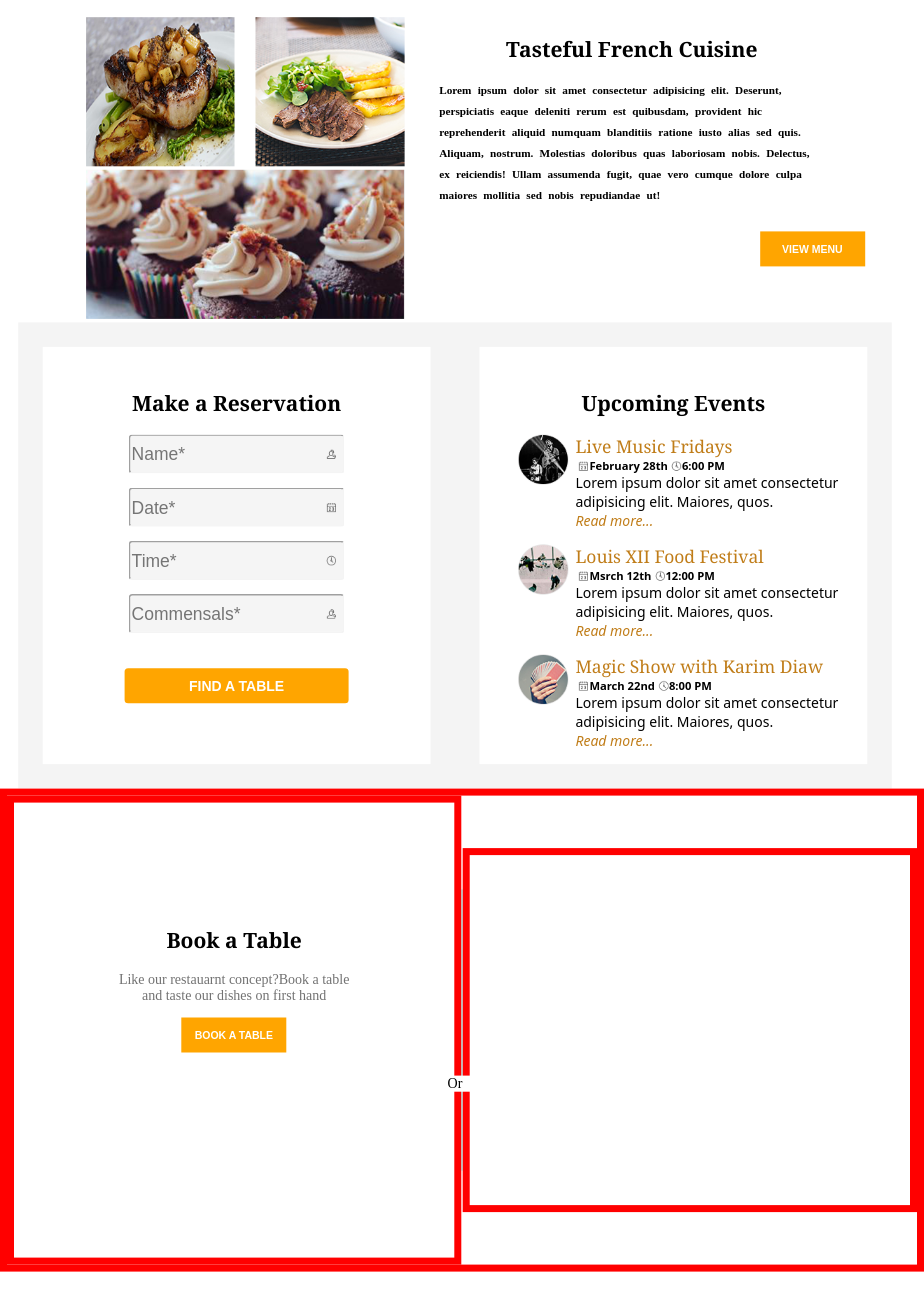
Repository: sis-shen/HTML_vsc
Page: adc_v2/index.html
An editor plug-in stored every save of this project. The page is shown before and after the next save, followed by the edit.
The browser window is 1280 px wide. The page is 1320 px wide, so the pictures cover 1320 px, including what lies to the right of the window. The pictures show the part of the page from y = 1621 to 3501 px (the page is 3501 px tall), at 70% of full size.

Above is the page before, as saved 2023-08-20 13:20:38.

### adc_v2/index.html
<!DOCTYPE html>
<html lang="zh-CN">
<head>
    <meta charset="UTF-8">
    <meta name="viewport" content="width=device-width, initial-scale=1.0">
    <title>Old8餐厅</title>
    <link rel="stylesheet" href="style.css">
    <link rel="shotcut icon" href="img/王者.png">
</head>
<body>
    <div class="top-box">
        <div class="nav">
            <div class="t-left"><h1>Voilà </h1></div>

            <div class="t-right">
                <div class="nav-box"><a href="menu.html" target="_blank"><h2>MENU</h2></a>
                    <p>Come to see and pick up your favorite</p></div>
                <div class="nav-box"> <a href="about.html" target="_blank"><h2>ABOUT</h2></a>
                    <p>Learn more about us :P</p></div>
                <div class="nav-box"><a href="events.html" target="_blank"><h2>EVENTS</h2></a>
                    <p>We will regularlyt hold events about sing,dance,rap,and basketvall</p></div>
                <div class="nav-box"> <a href="restaurants.html" target="_blank"><h2>RESERVATIONS</h2></a>
                    <p>The earlier,the better</p></div>
                <div class="nav-box"><a href="contact.html" target="_blank"><h2>CONTACT</h2></a>
                    You mean what?noooooo way!</div>
            </div>
        </div>

        <h1 id="wel">WELCOME TO VOILÀ</h1>
        <h3>We offer mouth watering <u>French cuisine</u></h3>

        <div class="button-box">
            <div class="b-left">
                <a href="menu.html" target="_blank"><button>SEE MENU</button></a>
            </div>
            <div class="b-right">
                <a href="table.index" target="_blank"><button>FIND A TABLE</button></a>
            </div>
        </div>

        <h4>Scoll down for details</h4>

        <div class="down-arrow">
            <img src="img/down-arrow-icon.png" alt="">

        </div>
    </div>

    <!-- =============================================== -->

    <div class="top2-box">
        <div class="up-box">
            <div class="up-left">
                <h2 class="h2-title">Aout Voilà Restaurant</h2>
                <p class="main-p">Voilà!there's a restaurant called Voilà ! Who owns it ? For sure it is our lovely lovey Trump's sweet sweet chain restaurant. Thus,No one knows French cuisine better than us!Let's Make French cuisine in American version great again! Let's make our momy proud agin!We have <a href="https://g.nga.cn/read.php?tid=22017775&rand=757" target="_blank"> the best team of busters</a>,aiming at turning every customer into delicious snacks. Any way,stepping in to our restaurant equals to finding your way into heaven. Have a try now!</p>

                <a href="about.index" target="_blank"><button class="main-button">READ MORE</button></a>

            </div>

            <div class="up-right">
                <img src="img/glass of wine.png" alt="">
            </div>
        </div>
        <div class="down-box">
            <div class="down-left"><img src="img/Eric-McGregor-flickr.png" alt="eric"></div>
            <div class="down-right">
                <div class="left"><img src="img/Restaurant kitchen.png" alt=""></div>
                <div class="right"><img src="img/foodiesfeed.com_excelent-beef-steak-vegetables.png" alt=""> </div>
            </div>

        </div>
    </div>

    <!-- =========================================== -->

    <div class="cuisine-box">
        <div class="left-dish-box">
            <div class="uper">
                <div class="left"><img src="img/Steak and vegetables - Foodies Feed.png" alt="" ></div>
                <div class="right"> <img src="img/Beef-steak-pineapple-salad Foodies Feed.png" alt="" id="cup-cake" ></div>
            <div class="clear-fix"></div>


            </div>


            <div class="downer">
                <img src="img/Cup cakes.png" alt="">
            </div>
        </div>

        <div class="right-p">
            <h2 class="h2-title">Tasteful French Cuisine</h2>

            <p class="main-p">Lorem ipsum dolor sit amet consectetur adipisicing elit. Deserunt, perspiciatis eaque deleniti rerum est quibusdam, provident hic reprehenderit aliquid numquam blanditiis ratione iusto alias sed quis. Aliquam, nostrum. Molestias doloribus quas laboriosam nobis. Delectus, ex reiciendis! Ullam assumenda fugit, quae vero cumque dolore culpa maiores mollitia sed nobis repudiandae ut!</p>

            <a href="menu.html" target="_blank"><button class="main-button" id="b2">VIEW MENU</button></a>


        </div>


    </div>

    <div class="res-events">
        <div class="res">
            <h2 class="h2-title">Make a Reservation</h2>
            <div class="name">
                <input type="text" name="name" id="name" placeholder="Name*" size="30">

            </div>
            <div class="name">
                <input type="text" name="date" id="date" placeholder="Date*" size="30">

            </div>
            <div class="name">
                <input type="text" name="time" id="time" placeholder="Time*" size="30">

            </div>
            <div class="name">
                <input type="text" name="commensals" id="commensals" placeholder="Commensals*" size="30">

            </div>

            <div class="find-table">
                <a href="https://cn.bing.com/maps?&mepi=107~Restaurant~MiddleOfPage~Entity_List_Card&ty=17&q=%E9%A4%90%E5%8E%85%20%E9%A2%84%E5%AE%9A%E6%A1%8C%E4%BD%8D&segment=Restaurant&sei=0&cp=nxgc8dv28mpg&child=%26ty%3D18%26q%3D%25E5%25A8%2581%25E6%2596%25AF%25E6%25B1%2580%25E4%25BC%2591%25E9%2597%25B2%25E9%25A4%2590%25E5%258E%2585%26ss%3Dypid.YN4067x2077920041126122936%26segment%3DRestaurant%26ppois%3D29.495840072631836_120.91497039794922_%25E5%25A8%2581%25E6%2596%25AF%25E6%25B1%2580%25E4%25BC%2591%25E9%2597%25B2%25E9%25A4%2590%25E5%258E%2585_YN4067x2077920041126122936~%26cp%3Dnxgc8dv28mpg%26EnableMapViewChange%3Dtrue&FORM=SNAPST" target="_blank">

                    <input type="submit" value="FIND A TABLE" id="find-table">
                </a>
            </div>

        </div>




        <div class="events-box">

            <h2 class="h2-title">Upcoming Events</h2>

            <ul class="event-list">
                <li class="event-emp" >

                    <div class="icon"><img src="img/Live music Fridays.png" alt=""></div>
                    <div class="content">
                        <div class="event-title">Live Music Fridays</div>

                        <div class="date">
                            <div class="daytime1" id="L1-1">February 28th
                        </div>
                        <div class="daytime2" id="L1-2">6:00 PM</div>
                        </div>

                                            <div class="event-dsp">Lorem ipsum dolor sit amet consectetur adipisicing elit. Maiores, quos.</div>
                                            <div class="read-more"><a href="https://www.eventbrite.com/e/live-music-fridays-tickets-599842574287" target="_blank">Read more...</a></div>

                    </div>

                </li>
                <li class="event-emp" >

                    <div class="icon"><img src="img/Festival.png" alt=""></div>
                    <div class="content">
                        <div class="event-title">Louis XII Food Festival</div>

                        <div class="date">
                            <div class="daytime1" id="L1-1">Msrch 12th
                        </div>
                        <div class="daytime2" id="L1-2">12:00 PM</div>
                        </div>

                                            <div class="event-dsp">Lorem ipsum dolor sit amet consectetur adipisicing elit. Maiores, quos.</div>
                                            <div class="read-more"><a href="https://newinzurich.com/2019/09/louis-xlll-cognac-food-pairing-epicure-food-festival-dolder-grand/" target="_blank">Read more...</a></div>

                    </div>

                </li>
                <li class="event-emp" >

                    <div class="icon"><img src="img/magic show.png" alt=""></div>
                    <div class="content">
                        <div class="event-title">Magic Show with Karim Diaw</div>

                        <div class="date">
                            <div class="daytime1" id="L1-1">March 22nd
                        </div>
                        <div class="daytime2" id="L1-2">8:00 PM</div>
                        </div>

                                            <div class="event-dsp">Lorem ipsum dolor sit amet consectetur adipisicing elit. Maiores, quos.</div>
                                            <div class="read-more"><a href="https://www.bilibili.com/video/BV1Fb411D7HK/?vd_source=df9276f62b91b382ecf0a8c1064ea7de" target="_blank">Read more...</a></div>

                    </div>

                </li>

            </ul>





        </div>
    </div>

    <div class="book-share">
        <div class="book">
            <h2 class="h2-title">Book a Table</h2>
            <div class="b-dsc">

                <p >Like our restauarnt concept?Book a table <br>and taste our dishes on first hand</p>
            </div>
            <a href="https://cn.bing.com/search?q=book+a+table&cvid=041b15cce42e41dbbbc3da2f1843c494&aqs=edge.0.0j69i64j0l7.2404j0j4&FORM=ANAB01&PC=EDGEINJP" target="_blank"><button type="button" class="main-button" id="book-table">BOOK A TABLE</button></a>
        </div>
        <div class="or"><p></p></div>
        <div class="share">

        </div>

    </div>

    <div class="p-or"><p>Or</p></div>


</body>
</html>

### adc_v2/style.css

body {
    box-sizing: border-box;
    font-family:Georgia, 'Times New Roman', Times, serif;

    width: 1300px;

    margin: 0 auto;

}

.clear-fix{
    clear: both;
}

/* .up-left h2 */
.h2-title{

    text-align: center;
    font-size: 30px;
}
.main-p{
    line-height: 30px;
    word-spacing: 5px;
    font-family: 微软雅黑;
    font-weight: bold;
}

.main-button{
    background-color:orange;
    height: 50px;
    width:150px;
    color: #fff;
    font-size: 15px;
    font-weight: bold;
    border: 0;
    margin-left: 350px;
}

.main-button:hover{
    background-color:rgb(213, 139, 0);

}

/* =======top-box===== */

.top-box{
    margin:auto;

    width: 1300px;
    height: 650px;
    background-image: url("img/top.png");
    background-repeat: no-repeat;

    /* border: red solid 10px; */

}

.nav {
    width: 100%;
    height: 200px;
    /* background-color: rgba(0, 255, 255, 0.207); */
    display: flex;
}

.t-left{
    height:100%;
    width: 40%;
    /* background-color: rgba(255, 0, 0, 0.236); */
}

.t-right{
    display: flex;
    height: 100%;
    width:60%;
    font-family: 微软雅黑;
}

.nav-box{
    width: 20%;
    height: 100%;
    /* background-color: rgba(255, 255, 0, 0.149); */
    color: #fff;
}

.nav-box a{
    text-decoration: none;
    color: #fff;
}

.top-box h2{
    font-size:medium
}

.t-left h1{
    color:rgb(212, 0, 0);
    position: relative;
    left:30%;
    top:20px;
}

#wel{
    text-align: center;
    color: #fff;

    font-size: 50px;
}

.top-box h3{
    text-align: center;
    color: #fff;
    font-size: 35px;
}

.button-box{
    display: flex;
    align-items: center;
    justify-content: center;
    margin-top: 60px;
}

.button-box button{
    width: 120px;
    height: 45px;
    margin-inline: 40px;
    font-family: 微软雅黑;
    color: #fff;
}

.b-left button{
    background-color: rgb(255, 106, 0);
    border: 0;
    border-radius: 5%;
}

.b-left button:hover{
    background-color: rgb(205, 85, 0);

}

.b-right button{
    background-color: rgb(60, 60, 60);
    border: 0;
    border-radius: 5%;

}

.b-right button:hover{
    background-color: rgb(35, 35, 35);

}

.top-box h4{
    text-align: center;
    color: #fff;
    font-family: 微软雅黑;
    font-weight:normal;
    margin-top: 80px;
}


.down-arrow {
    text-align: center;
}



/* ===========top2-box============== */

.top2-box{
    background-color: #ebebeb;
    padding-bottom: 50px;
}

.top2-box .up-box
{

    margin-top: 50px;
    display: flex;

    /* border: red solid 10px; */
}

.top2-box .up-left{
    width: 45%;
    min-height: 200px;

    /* border: red solid 10px; */

}

.top2-box .up-right{
    width: 55%;
    min-height: 200px;
}

.up-right img{
    width: 100%;
}





.up-left p a {
    text-decoration: none;
    color: rgb(255, 179, 0);
}

.up-left p a:hover{
    color: rgb(193, 135, 0);

}





.down-box{
    display: flex;
}



.down-right{
    margin-top: 50px;
    width: 45%;
    /* border: red solid 10px; */
    display: flex;

}

.down-right .left{
    width: 45%;
    /* margin-left:5%; */
    margin-right: 10%;
    /* border: red solid 10px; */

}

.down-right .right{
    width: 45%;
    /* border: red solid 10px; */

}

.down-left{
    width: 55%;
    max-height: 250px;
}

.down-left img{
    width: 90%;
    position: relative;
    top:-10em
}

.cuisine-box {
    width: 100%;
    margin-top: 50px;
    display: flex;
    justify-content: center;

    .left-dish-box{
        width: 455px;

        /* border: red solid 10px; */


        .uper{
            margin: 0;
            display: flex;


            .left{
                width: 50%;
            }

            .right{
                width: 50%;
            }
        }

        .downer{

        }

    }


    #cup-cake{
        float: right;
    }

    .right-p{
        width: 550px;
        margin-left: 50px;
        /* border: red solid 10px; */

    }
}

#b2{
    margin-top: 20px;
    margin-left: 458px;
}
/* ==============reservation & events============= */

.res-events{
    margin: 0 auto;
    width: 96%;
    display: flex;
    background-color: #f4f4f4;

    .res{
        padding-top: 35px;
        margin: 35px;
        background-color: white;
        width: 50%;
        /* border: red solid 10px; */

    }
    .events-box{
        padding-top: 35px;

        margin: 35px;
        background-color: white;
        width: 50%;

        .event-list{
            list-style-type: none;



            .event-emp{
                margin-bottom: 20px;
                width: 90%;
                /* display: block; */
                display: flex;
                /* border: red solid 10px; */
                padding-left: 15px;


                .icon{
                    width: 72px;
                }

                .content{
                    margin-left: 10px;


                    .event-title{
                        font-size:25px ;
                        color:rgb(192, 125, 25);
                    }

                    .date{
                        display: flex;

                        .daytime1{
                            margin-left: 5px;
                            padding-left: 15px;
                            font-family: system-ui, -apple-system, BlinkMacSystemFont, 'Segoe UI', Roboto, Oxygen, Ubuntu, Cantarell, 'Open Sans', 'Helvetica Neue', sans-serif;
                            font-weight: 800;

                            background-image: url("img/Date-icon.png");
                            background-repeat: no-repeat;
                            background-position: left center;

                        }
                        .daytime2{
                            margin-left: 5px;
                            padding-left: 15px;
                            font-family: system-ui, -apple-system, BlinkMacSystemFont, 'Segoe UI', Roboto, Oxygen, Ubuntu, Cantarell, 'Open Sans', 'Helvetica Neue', sans-serif;
                            font-weight: 800;

                            background-image: url("img/Time-icon.png");
                            background-repeat: no-repeat;
                            background-position: left center;

                        }

                    }

                    .event-dsp{
                        /* color: #f4f4f4; */
                        font-family: system-ui, -apple-system, BlinkMacSystemFont, 'Segoe UI', Roboto, Oxygen, Ubuntu, Cantarell, 'Open Sans', 'Helvetica Neue', sans-serif;

                        font-weight: 500;
                        font-size: 20px;
                    }

                    .read-more a{
                        text-decoration: none;
                        font-style: italic;
                        color:rgb(192, 125, 25);
                        font-family: system-ui, -apple-system, BlinkMacSystemFont, 'Segoe UI', Roboto, Oxygen, Ubuntu, Cantarell, 'Open Sans', 'Helvetica Neue', sans-serif;
                        font-size: 20px;


                    }
                    .read-more a:hover{
                        color:rgb(161, 105, 21);

                    }


                }

            }

        }




    }
}

.name{
    text-align: center;
    margin-bottom: 20px;

    #name{
        background-color: rgb(245, 245, 245);
        height: 50px;
        width: 300px;
        font-size:25px;
        border-radius: 5px;
        background-image: url("img/commensals-icon.png");
        background-repeat: no-repeat;
        background-position: center right 10px;
        border-color: #f4f4f4;
    }

    #date{
        background-color: rgb(245, 245, 245);
        height: 50px;
        width: 300px;
        font-size:25px;
        border-radius: 5px;
        background-image: url("img/Date-icon.png");
        background-repeat: no-repeat;
        background-position: center right 10px;
        border-color: #f4f4f4;
    }
    #time{
        background-color: rgb(245, 245, 245);
        height: 50px;
        width: 300px;
        font-size:25px;
        border-radius: 5px;
        background-image: url("img/Time-icon.png");
        background-repeat: no-repeat;
        background-position: center right 10px;
        border-color: #f4f4f4;
    }
    #commensals{
        background-color: rgb(245, 245, 245);
        height: 50px;
        width: 300px;
        font-size:25px;
        border-radius: 5px;
        background-image: url("img/commensals-icon.png");
        background-repeat: no-repeat;
        background-position: center right 10px;
        border-color: #f4f4f4;
    }
}

.find-table{
    text-align: center;
    margin-top: 50px;

    #find-table{
        background-color:orange;
    height: 50px;
    width:320px;
    color: #fff;
    font-size: 20px;
    font-weight: bold;
    border: 0;
    border-radius: 5px;
    }

    #find-table:hover{
        background-color:rgb(228, 148, 0);

    }
}

.book-share{
    width: 100%;
    min-height: 500px;
    border: red solid 10px;
    display: flex;
    justify-content: center;
    align-items: center;
    .book{
        width: 50%;
        min-height: 500px;
        padding-top: 150px;
        border: red solid 10px;

        .b-dsc{
            font-family: 微软雅黑;
            font-size: 20px;
            color: #727272;
            text-align: center;
        }

    }

    .or{
        width: 1x;
        height: 400px;
        border: rgb(179, 179, 179) 1px solid;
        position: relative;


    }

    .share{
        width: 50%;
        min-height: 500px;
        border: red solid 10px;

    }
}

.p-or{
    margin: 0 auto;
    width: 5%;
    text-align: center;
}

.p-or p{
    font:20px 微软雅黑;
    background-color: white;
    position: relative;
    bottom:300px ;
}

#book-table{
    position: relative;
    margin:0;
    left: 38%
}

After the next save:
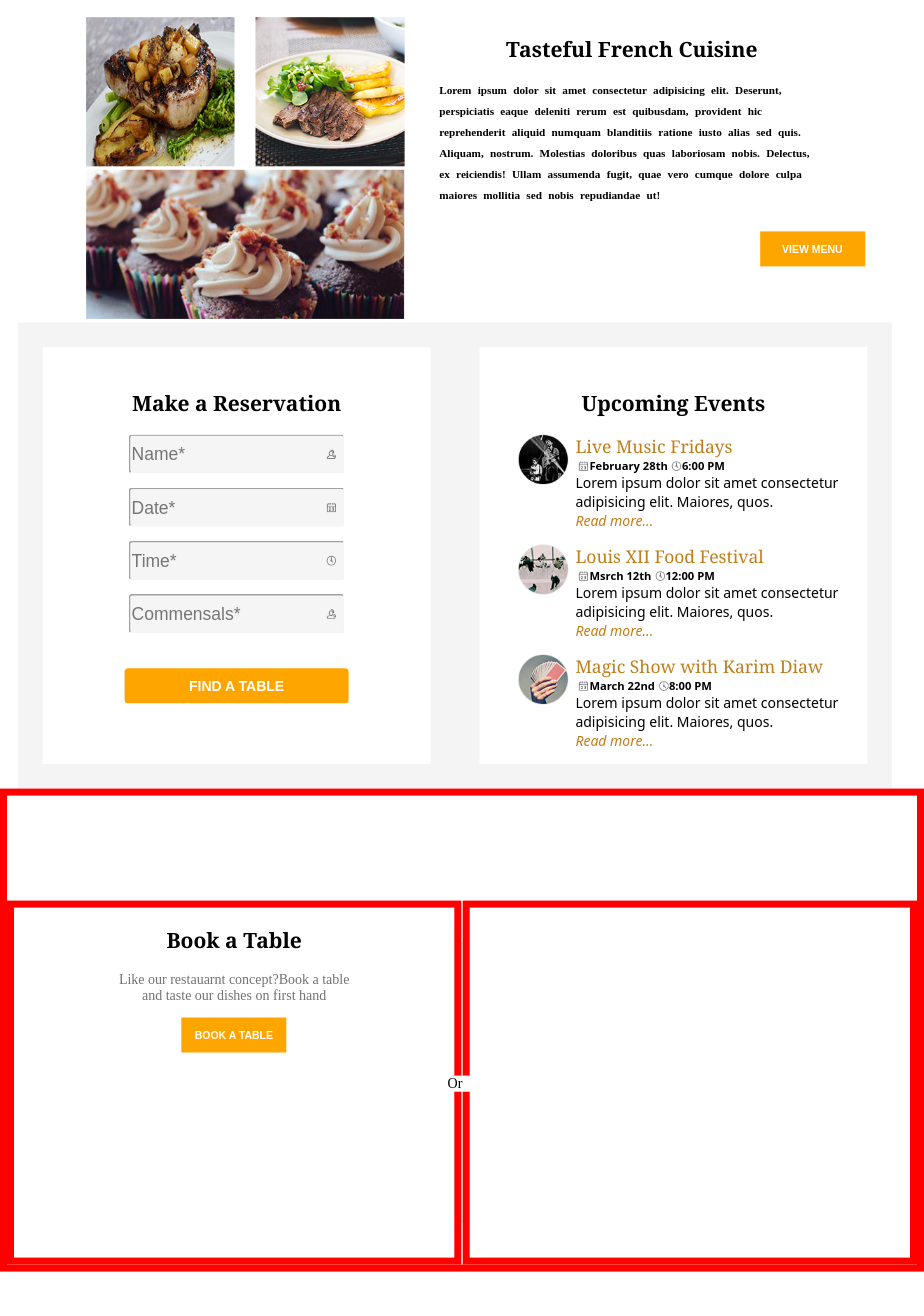
Saved 50 s later.
--- a/adc_v2/style.css
+++ b/adc_v2/style.css
@@ -490,6 +490,7 @@ body {
 }
 
 .book-share{
+    padding-top: 150px;
     width: 100%;
     min-height: 500px;
     border: red solid 10px;
@@ -499,7 +500,7 @@ body {
     .book{
         width: 50%;
         min-height: 500px;
-        padding-top: 150px;
+        /* padding-top: 150px; */
         border: red solid 10px;
 
         .b-dsc{
